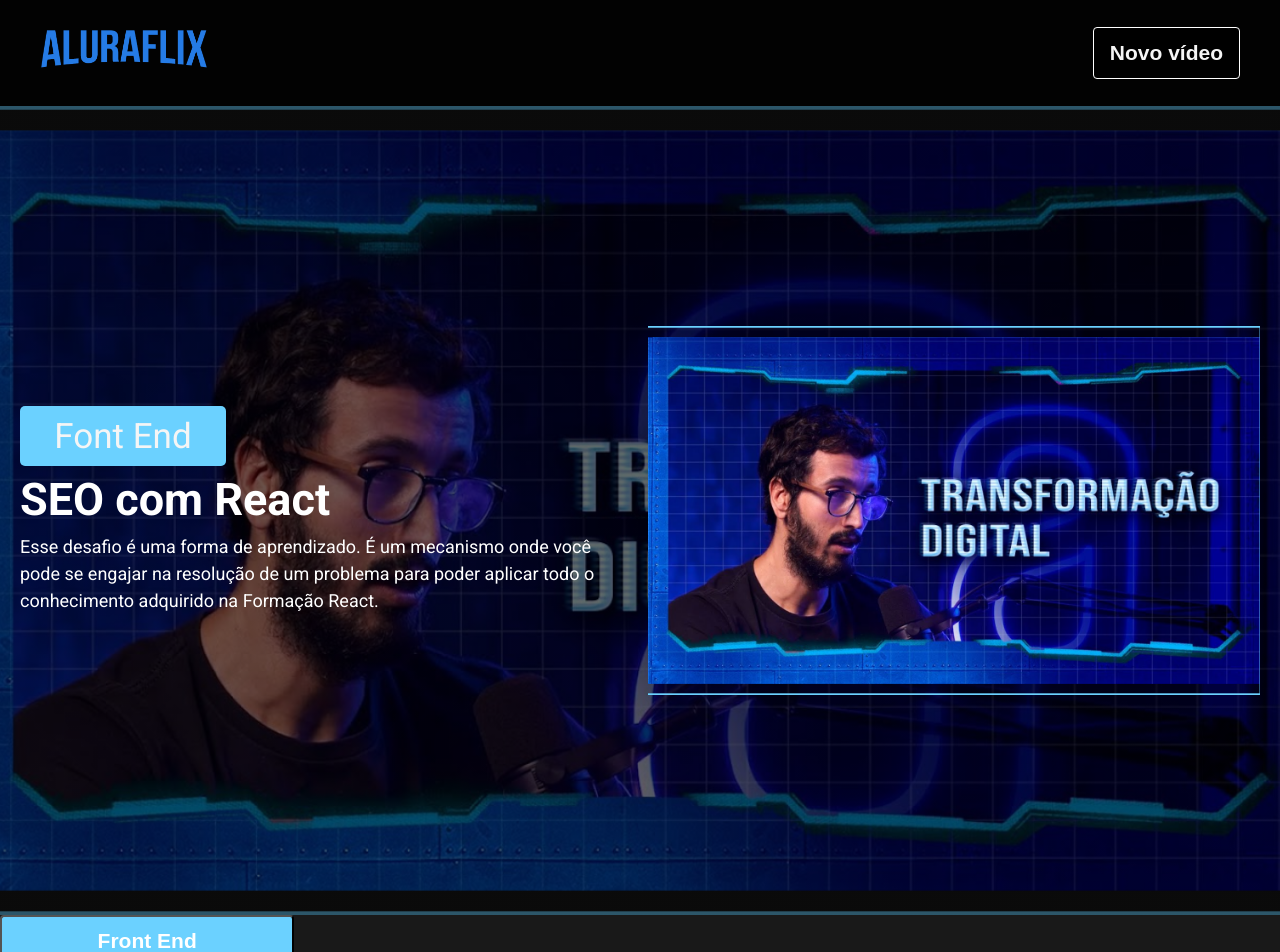
Repository: CarlosEduardoVdeOliveira/aluraflix
Page: /
The author's editor kept a copy of each file at every save. The page is drawn from the files as they stood at one save, then again after the next save.
The browser window is 1280 px wide. The pictures show the part of the page from y = 0 to 952 px (the page is 2903 px tall before and 720 px after).
The project was rebuilt for these pictures with package versions that can differ from the ones it lists, and the page was loaded fresh each time. Also part of the build but not shown: vite.config.js, src/components/Input/Input.module.css, src/components/Input/index.jsx, src/components/TextArea/TextArea.module.css, src/components/TextArea/index.jsx, src/pages/RegisterVideo/Register.module.css, src/pages/RegisterVideo/index.jsx, src/components/Table/Table.module.css and 3 more.

Above is the page before, as saved 2023-09-26 09:37:15.

### index.html
<!doctype html>
<html lang="en">
  <head>
    <meta charset="UTF-8" />
    <link rel="preconnect" href="https://fonts.googleapis.com">
    <link rel="preconnect" href="https://fonts.gstatic.com" crossorigin>
    <!-- <link rel="icon" type="image/svg+xml" href="/vite.svg" /> -->
    <meta name="viewport" content="width=device-width, initial-scale=1.0" />
    <link href="https://fonts.googleapis.com/css2?family=Roboto:wght@300;400;500;700&display=swap" rel="stylesheet">
    <title>AluraFlix</title>
  </head>
  <body>
    <div id="root"></div>
    <script type="module" src="/src/main.jsx"></script>
  </body>
</html>

### src/main.jsx
import React from 'react'
import ReactDOM from 'react-dom/client'
import {AppRoutes} from './routes'
import './index.css'
import { ThemeProvider } from '@emotion/react'
import { theme } from './customColors'

ReactDOM.createRoot(document.getElementById('root')).render(
  <React.StrictMode>
    <ThemeProvider theme={theme}>
      <AppRoutes />
    </ThemeProvider>
  </React.StrictMode>,
)

### src/routes.jsx
import { BrowserRouter, Route, Routes } from 'react-router-dom'
import {PageBase} from './pages/pageBase'
import {Home} from './pages/Home'
import { ThemeProvider } from '@mui/material'
import { theme } from './customColors'
import {RegisterVideo} from './pages/RegisterVideo'
import {RegisterCategory} from './pages/RegisterCategory'


export const AppRoutes = () => {
  return (
    <BrowserRouter>
      <ThemeProvider theme={theme}>
        <Routes>
          <Route path='/' element={<PageBase />}>
            <Route index element={<Home />}></Route>
            <Route path='register-video' element={<RegisterVideo />}></Route>
            <Route path='register-category' element={<RegisterCategory />}></Route>
          </Route>
        </Routes>
      </ThemeProvider>
    </BrowserRouter>
  )
}

### src/index.css
:root {
  --gray-100: #F5F5F5;
  --gray-150: #E5E5E5;
  --gray-175: #C2C2C2;
  --gray-300: #9E9E9E;
  --gray-500: #191919;
  --black: #000;
  --blue-500: #2A7AE4;
  --red-500: #E53935;
  font-family: 'Roboto', sans-serif;
  line-height: 1.5;
  font-weight: 400;
  font-size: 1rem;
  font-synthesis: none;
  text-rendering: optimizeLegibility;
  -webkit-font-smoothing: antialiased;
  -moz-osx-font-smoothing: grayscale;
  -webkit-text-size-adjust: 100%;
}
*{
  box-sizing: border-box;
  margin: 0;
  padding: 0;
  scroll-behavior: smooth;
}
body{
  background-color: var(--gray-500);
}
a {
  text-decoration: none;
  transiton: .5s all ease-out;
}

button{
  cusor: pointer;
  transiton: .5s all ease-out;
}

@media screen and (max-width: 1080px){
  body{
    font-size: 87.5%;
  }
}
@media screen and (max-width: 700px){
  body{
    font-size: 75%;
  }
}

### src/customColors.js
import { createTheme } from '@mui/material/styles';

export const theme = createTheme({
  palette: {
    withe: "#FFFFFF",
    gray100: "#F5F5F5",
    gray150: "#E5E5E5",
    gray175: "#C2C2C2",
    gray300: "#9E9E9E",
    gray500: "#191919",
    black: "#000000",
    blue500: "#2A7AE4",
    red500: "#E53935",
  },
});

### src/pages/pageBase/index.jsx
import { Banner } from '../../components/Banner';
import {Footer} from '../../components/Footer';
import {Header} from '../../components/Header'
import { Outlet } from "react-router-dom";
import { useLocation } from 'react-router-dom';


export const PageBase = () => {
  const location = useLocation()
  return (
    <main>
      <Header button={location.pathname === '/'} />
      <Banner banner={location.pathname === '/'} />
      <Outlet />
      <Footer />
    </main>
  )
}

### src/pages/Home/index.jsx
import {Category} from "../../components/Category";

// eslint-disable-next-line react/prop-types
export const Home = () => {

  return (
    <>
      {
        <Category />
      }
    </>
  )
}

### src/components/Banner/index.jsx
/* eslint-disable react/prop-types */
import styles from './Banner.module.css'
import bannerImage from '../../../public/banner.png'
import {TitleCategory} from '../TitleCategory';

export const Banner = ({banner}) => {
  return(
    <>
      {
        banner && (
        <div className={styles.container}>
          <div className={styles.content}>
            <TitleCategory
              bgColor="#6BD1FF"
              color="#f5f5f5"
            >
              Font End
            </TitleCategory>
            <h5 >
              SEO com React
            </h5>
            <p>
              Esse desafio é uma forma de aprendizado.
              É um mecanismo onde você pode se engajar na resolução de um problema
              para poder aplicar todo o conhecimento adquirido na Formação React.
            </p>
          </div>
          <img src={bannerImage} alt='Imagem do SEO da alura, '/>
        </div>
        )
      }
    </>
  );
}

### src/components/Footer/index.jsx
import { Link } from 'react-router-dom'
import logo from '../../assets/logo.png'
import styles from './Footer.module.css'
export const Footer = () => {
  return (
    <footer className={styles.container}>
      <Link to='/'>
        <img src={logo} alt="Logo do aluraflix" />
      </Link>
    </footer>
  )
}

### src/components/Header/index.jsx
/* eslint-disable react/prop-types */
// eslint-disable-next-line no-unused-vars
import React from 'react';
import logo from '../../assets/logo.png'
import styles from './Header.module.css'
import { Link } from 'react-router-dom';
import {Button} from '../Button';


export const Header = ({button}) => {

  return (
    <header className={styles.container}>
      <Link to="/">
        <img src={logo} alt='Logo do aluraflix' />
      </Link>
      {button &&
          <Link to="/register-video">
            <Button
              bgColor="#000"
              borderColor="1px solid #FFF"
              color="#F5f5f5"
            >
                  Novo vídeo
            </Button>
          </Link>
      }
    </header>
  )
}

### src/components/Category/index.jsx
import { Button } from "../Button";
import styles from "./Category.module.css";
import { videos, categories } from "../../json/db.json";
import Carousel from 'react-material-ui-carousel'
import { Card } from "../Card";

export const Category = () => {
  function verifyCategory(category){
    const vcat = videos.some(vc => vc.category === category)
    return vcat
  }
    console.log(verifyCategory("Front End"));
  return (
    <>
      {
        categories.map((category) => (
          <section className={styles.container} key={category.id}>
            <Button bgColor={category.color}>{category.name}</Button>
            <Carousel>
              <div className={styles.videos}>
                {videos.map(
                  (video) =>
                    category.name === video.category && (
                      <Card
                        link={video.link}
                        key={video.id}
                        thumbnail={video.thumbnail}
                        borderColor={category.color}
                        description={video.description}
                      />
                    )
                )}
              </div>

            </Carousel>
          </section>
        ))
      }
    </>
  );
};

### src/components/Button/index.jsx
/* eslint-disable react/prop-types */
import styles from './Button.module.css'

export const Button = ({children, bgColor, borderColor, color}) => {
  return(
    <button className={styles.button}
      style={{
        background:bgColor,
        border:borderColor,
        color:color
      }}
    >
      {children}
    </button>
  )
}

### src/json/db.json
{
  "videos":[
  {
    "id": 1,
    "name": "Homem-Aranha - Sem Volta Para Casa",
    "link": "https://www.youtube.com/watch?v=k77WZrvuDQU&ab_channel=Alura",
    "thumbnail": "https://i.ytimg.com/vi/k77WZrvuDQU/sddefault.jpg",
    "category": "Front End",
    "description": "Descrição qualquer"
  },
  {
    "id": 2,
    "name": "Homem-Aranha - Sem Volta Para Casa",
    "link": "https://www.youtube.com/watch?v=k77WZrvuDQU&ab_channel=Alura",
    "thumbnail": "https://i.ytimg.com/vi/k77WZrvuDQU/sddefault.jpg",
    "category": "Front End",
    "description": "Descrição qualquer"
  },
  {
    "id": 3,
    "name": "Homem-Aranha - Sem Volta Para Casa",
    "link": "https://www.youtube.com/watch?v=k77WZrvuDQU&ab_channel=Alura",
    "thumbnail": "https://i.ytimg.com/vi/k77WZrvuDQU/sddefault.jpg",
    "category": "Front End",
    "description": "Descrição qualquer"
  },
  {
    "id": 4,
    "name": "Homem-Aranha - Sem Volta Para Casa",
    "link": "https://www.youtube.com/watch?v=hHM-hr9q4mo&ab_channel=Rocketseat",
    "thumbnail": "https://i.ytimg.com/vi/hHM-hr9q4mo/maxresdefault.jpg",
    "category": "Back End",
    "description": "Descrição qualquer"
  },
  {
    "id": 5,
    "name": "Homem-Aranha - Sem Volta Para Casa",
    "link": "https://www.youtube.com/watch?v=hHM-hr9q4mo&ab_channel=Rocketseat",
    "thumbnail": "https://i.ytimg.com/vi/hHM-hr9q4mo/maxresdefault.jpg",
    "category": "Back End",
    "description": "Descrição qualquer"
  },
  {
    "id": 6,
    "name": "Homem-Aranha - Sem Volta Para Casa",
    "link": "https://www.youtube.com/watch?v=hHM-hr9q4mo&ab_channel=Rocketseat",
    "thumbnail": "https://i.ytimg.com/vi/hHM-hr9q4mo/maxresdefault.jpg",
    "category": "Back End",
    "description": "Descrição qualquer"
  },
  {
    "id": 7,
    "name": "Homem-Aranha - Sem Volta Para Casa",
    "link": "https://www.youtube.com/watch?v=MGIs7DSQ-0A&ab_channel=Alura",
    "thumbnail": "https://i.ytimg.com/vi/MGIs7DSQ-0A/maxresdefault.jpg",
    "category": "Mobile",
    "description": "Descrição qualquer"
  },
  {
    "id": 8,
    "name": "Homem-Aranha - Sem Volta Para Casa",
    "link": "https://www.youtube.com/watch?v=MGIs7DSQ-0A&ab_channel=Alura",
    "thumbnail": "https://i.ytimg.com/vi/MGIs7DSQ-0A/maxresdefault.jpg",
    "category": "Mobile",
    "description": "Descrição qualquer"
  },
  {
    "id": 9,
    "name": "Homem-Aranha - Sem Volta Para Casa",
    "link": "https://www.youtube.com/watch?v=MGIs7DSQ-0A&ab_channel=Alura",
    "thumbnail": "https://i.ytimg.com/vi/MGIs7DSQ-0A/maxresdefault.jpg",
    "category": "Mobile",
    "description": "Descrição qualquer"
  },
  {
    "id": 10,
    "name": "Homem-Aranha - Sem Volta Para Casa",
    "link": "https://www.youtube.com/watch?v=CyiiEJRZjSU",
    "thumbnail": "https://i.ytimg.com/vi/CyiiEJRZjSU/maxresdefault.jpg",
    "category": "Data Science",
    "description": "Descrição qualquer"
  },
  {
    "id": 11,
    "name": "Homem-Aranha - Sem Volta Para Casa",
    "link": "https://www.youtube.com/watch?v=CyiiEJRZjSU",
    "thumbnail": "https://i.ytimg.com/vi/CyiiEJRZjSU/maxresdefault.jpg",
    "category": "Data Science",
    "description": "Descrição qualquer"
  },
  {
    "id": 12,
    "name": "Homem-Aranha - Sem Volta Para Casa",
    "link": "https://www.youtube.com/watch?v=CyiiEJRZjSU",
    "thumbnail": "https://i.ytimg.com/vi/CyiiEJRZjSU/maxresdefault.jpg",
    "category": "Data Science",
    "description": "Descrição qualquer"
  },
  {
    "id": 13,
    "name": "Homem-Aranha - Sem Volta Para Casa",
    "link": "https://www.youtube.com/watch?v=CyiiEJRZjSU",
    "thumbnail": "https://i.ytimg.com/vi/CyiiEJRZjSU/maxresdefault.jpg",
    "category": "UX",
    "description": "Descrição qualquer"
  },
  {
    "id": 14,
    "name": "Homem-Aranha - Sem Volta Para Casa",
    "link": "https://www.youtube.com/watch?v=CyiiEJRZjSU",
    "thumbnail": "https://i.ytimg.com/vi/CyiiEJRZjSU/maxresdefault.jpg",
    "category": "UX",
    "description": "Descrição qualquer"
  },
  {
    "id": 15,
    "name": "Homem-Aranha - Sem Volta Para Casa",
    "link": "https://www.youtube.com/watch?v=CyiiEJRZjSU",
    "thumbnail": "https://i.ytimg.com/vi/CyiiEJRZjSU/maxresdefault.jpg",
    "category": "UX",
    "description": "Descrição qualquer"
  },
  {
    "id": 16,
    "name": "Homem-Aranha - Sem Volta Para Casa",
    "link": "https://www.youtube.com/watch?v=CyiiEJRZjSU",
    "thumbnail": "https://i.ytimg.com/vi/CyiiEJRZjSU/maxresdefault.jpg",
    "category": "Infra",
    "description": "Descrição qualquer"
  },
  {
    "id": 17,
    "name": "Homem-Aranha - Sem Volta Para Casa",
    "link": "https://www.youtube.com/watch?v=CyiiEJRZjSU",
    "thumbnail": "https://i.ytimg.com/vi/CyiiEJRZjSU/maxresdefault.jpg",
    "category": "Infra",
    "description": "Descrição qualquer"
  },
  {
    "id": 18,
    "name": "Homem-Aranha - Sem Volta Para Casa",
    "link": "https://www.youtube.com/watch?v=CyiiEJRZjSU",
    "thumbnail": "https://i.ytimg.com/vi/CyiiEJRZjSU/maxresdefault.jpg",
    "category": "Infra",
    "description": "Descrição qualquer"
  },
  {
    "id": 19,
    "name": "Homem-Aranha - Sem Volta Para Casa",
    "link": "https://www.youtube.com/watch?v=CyiiEJRZjSU",
    "thumbnail": "https://i.ytimg.com/vi/CyiiEJRZjSU/maxresdefault.jpg",
    "category": "Inovation",
    "description": "Descrição qualquer"
  },
  {
    "id": 20,
    "name": "Homem-Aranha - Sem Volta Para Casa",
    "link": "https://www.youtube.com/watch?v=CyiiEJRZjSU",
    "thumbnail": "https://i.ytimg.com/vi/CyiiEJRZjSU/maxresdefault.jpg",
    "category": "Inovation",
    "description": "Descrição qualquer"
  },
  {
    "id": 21,
    "name": "Homem-Aranha - Sem Volta Para Casa",
    "link": "https://www.youtube.com/watch?v=CyiiEJRZjSU",
    "thumbnail": "https://i.ytimg.com/vi/CyiiEJRZjSU/maxresdefault.jpg",
    "category": "Inovation",
    "description": "Descrição qualquer"
  },
  {
    "id": 22,
    "name": "Homem-Aranha - Sem Volta Para Casa",
    "link": "https://www.youtube.com/watch?v=CyiiEJRZjSU",
    "thumbnail": "https://i.ytimg.com/vi/CyiiEJRZjSU/maxresdefault.jpg",
    "category": "AI",
    "description": "Descrição qualquer"
  }
],
"categories":[
  {

    "id":1,
    "name":"Front End",
    "description": "Todos os vídeo da área de Front End juntarei nessa categoria para organizar os estudos que venho fazendo atualmente (FieldTextarea)",
    "color":"#6BD1FF"
  },
  {
    "id":2,
    "name":"Back End",
    "description": "Todos os vídeo que estou usando para estudar Back End ",
    "color":"#69953B"
  },
  {
    "id":3,
    "name":"Design & UX",
    "description": "Ferramentas e técnicas que estudo sobre UX e Design",
    "color":"#DC6EBE"
  },
  {
    "id":4,
    "name":"Infraestrutura" ,
    "description": "Tudo que estou aprendendo sobre Docker e muito mais",
    "color":"#9CD33B"
  },
  {
    "id":5,
    "name":"Marketing Digital",
    "description": "A forma de vender a monetizar minhas ideias",
    "color":"#6B5BE2"
  },
  {
    "id":6,
    "name":"Data Science",
    "description": "Coisas de R e Python que venho aprendendo",
    "color":"#9CD33B"
  },
  {
    "id":7,
    "name":"Inovação & Gestão",
    "description": "Como manter o time feliz e muito mais",
    "color":"#FF8C2A"
  },
  {
    "id":8,
    "name":"Mobile",
    "description": "Conteúdo que venho estudando sobre React Native e Flutter",
    "color":"#FFBA05"
  },
  {
    "id":9,
    "name":"AI",
    "description": "Conteúdo que venho estudando sobre React Native e Flutter",
    "color":"#B210C7"
  }
]
}

### src/components/Banner/Banner.module.css
.container{
  background: linear-gradient(rgba(0, 0, 0, 0.59), rgba(0, 0, 0, 0.59)),
  url(../../../public/banner.png) center / cover no-repeat;
  width: 100%;
  height: 50.563rem;
  display: grid;
  grid-template-columns: 1fr 1fr;
  align-items: center;
  gap: 1rem;
  padding: 20px;
}
.container img{
  width: 100%;
  flex-shrink: 0;
}
.content{
  color: #FFF;
}
.content h5{
  font-size: 2.813rem;
}
.content p{
  font-size: 1.125rem;
}

### src/components/TitleCategory/index.jsx
import styles from "./TitleCategory.module.css"
// eslint-disable-next-line react/prop-types
export const TitleCategory = ({children, bgColor, color}) => {
  return(
    <div
      className={styles.container}
      style={{
        backgroundColor: bgColor,
        color: color
      }}
    >
      {children}
    </div>
  )
}

### src/components/Footer/Footer.module.css
.container{
  display: flex;
  align-items: center;
  justify-content: center;
  padding: 1.688rem 2.5rem;
  background-color: rgba(0, 0, 0, 0.9);
}

.container img{
  width: 168.45px;
  height: 40px;
}

### src/components/Header/Header.module.css
.container{
  display: flex;
  justify-content: space-between;
  align-items: center;
  padding: 1.688rem 2.5rem;
  background-color: rgba(0, 0, 0, 0.9);
}

.container img{
  width: 168.45px;
  height: 40px;
}

### src/components/Category/Category.module.css
.container{
  display: flex;
  flex-direction: column;
  overflow: none;
  width: 23%;
}
.videos{
  display: flex;
  width: 100%;
}

### src/components/Card/index.jsx
/* eslint-disable react/prop-types */
import styles from './Card.module.css'
import { Link } from 'react-router-dom'

export const Card = ({
  id,
  link,
  thumbnail,
  description,
  borderColor
}) => {
  return(
    <>
      <Link
        to={link}
        className={styles.card}
        style={{border:`1px solid ${borderColor}`}}
        key={id}
        target='_blank'
        title={description}
      >
        <img src={thumbnail} alt={description} />
      </Link>

    </>
  )
}

### src/components/Button/Button.module.css
.button{
  color: #FFF;
  text-align: center;
  padding: 0.8rem 1rem;
  border-radius: .25rem;
  font-size: 21px;
  font-style: normal;
  font-weight: 600;
  cursor: pointer;
  line-height: 24px;
  transition: all .5s ease-in-out;
}

.button:hover{
  opacity: 0.8;
}

### src/components/TitleCategory/TitleCategory.module.css
.container{
  width: 206px;
  height: 60px;
  padding: 5px;
  text-align: center;
  border-radius: 5px;
  font-size: 35px;
}

### src/components/Card/Card.module.css
.card{
  width: 433px;
  height: 263px;
  border-radius: .25rem;
  animation: slideAnimation 5s infinite alternate;
}
.card img{
  width: 430px;
  height: 260px;
  border-radius: .25rem;
}

After the next save:
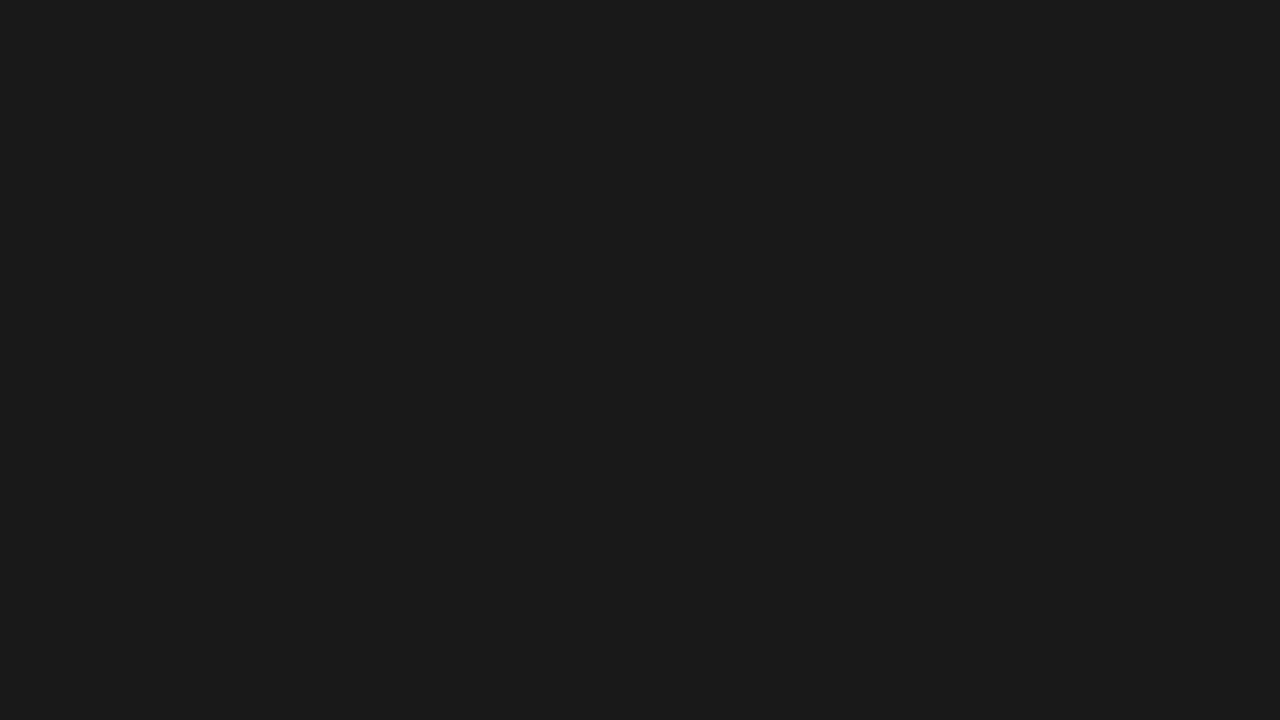
Console error (its wording comes from the project's code and is left out).
Saved 59 s later.
--- a/src/components/Category/index.jsx
+++ b/src/components/Category/index.jsx
@@ -1,7 +1,7 @@
 import { Button } from "../Button";
 import styles from "./Category.module.css";
 import { videos, categories } from "../../json/db.json";
-import Carousel from 'react-material-ui-carousel'
+import Carousel from '@emotion/react'
 import { Card } from "../Card";
 
 export const Category = () => {

After the save that followed:
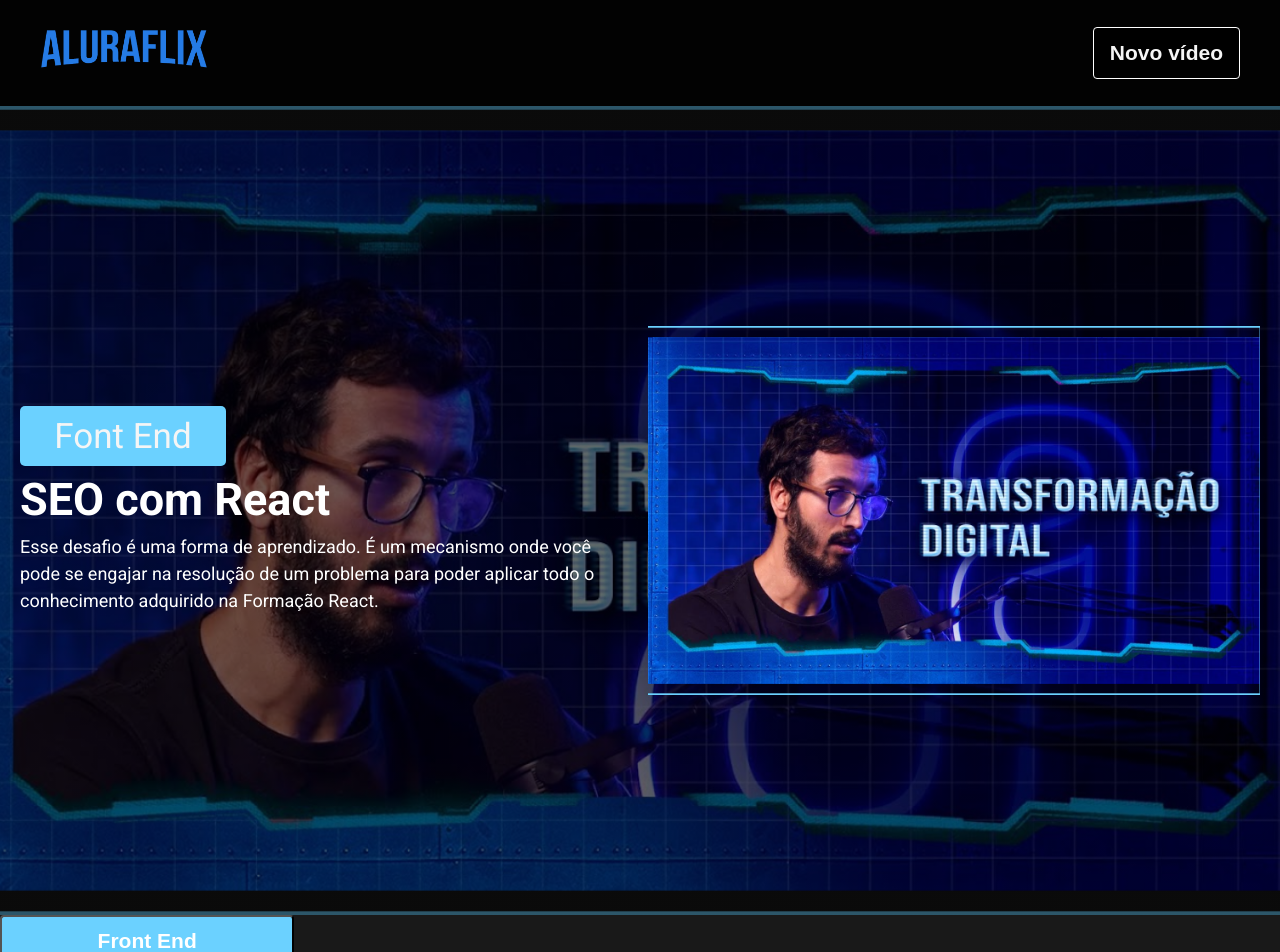
The error is gone.
Saved 2 min 20 s later.
--- a/src/components/Category/index.jsx
+++ b/src/components/Category/index.jsx
@@ -1,7 +1,7 @@
 import { Button } from "../Button";
 import styles from "./Category.module.css";
 import { videos, categories } from "../../json/db.json";
-import Carousel from '@emotion/react'
+import Carousel from 'react-material-ui-carousel'
 import { Card } from "../Card";
 
 export const Category = () => {
